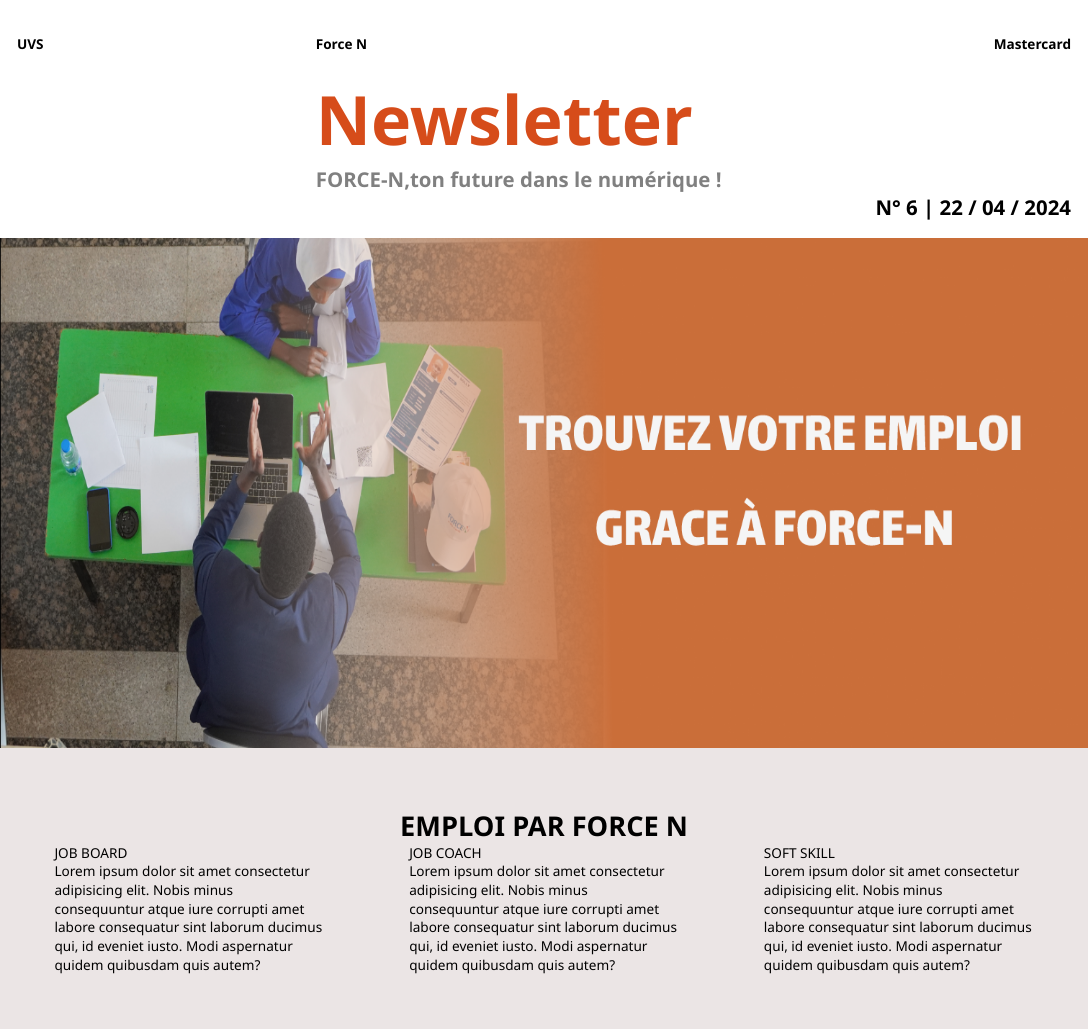
Repository: Ken-dia/newsletters_force_n
Page: index.html
An editor plug-in stored every save of this project. The page is shown before and after the next save, followed by the edit.
The browser window is 1280 px wide. The pictures show the whole page, at 85% of full size.

Above is the page before, as saved 2024-04-18 15:54:08.

### index.html
<!DOCTYPE html>
<html lang="en">
<head>
    <meta charset="UTF-8">
    <meta name="viewport" content="width=device-width, initial-scale=1.0">
    <link rel="stylesheet" href="styles.css">
    <title>FORCEN</title>
</head>
<body>
    <section>
        <div class="entete">
            <div class="logos">
                <div class="logo">
                    <h4>UVS</h4>
                </div>
                <div class="logo">
                    <h4>Force N</h4>
                    <div class="title-newsletters">Newsletter</div>
                    <div class="subtitle-newsletters">FORCE-N,ton future dans le numérique !</div>
                </div>
                <div class="logo">
                    <h4>Mastercard</h4>
                </div>

            </div>
            <div class="day">
                <div>N° 6 | 22 / 04 / 2024</div>
            </div>
        </div>
    </section>
    <section>
        <div class="image1">
            <img src="/images/image1.png" alt="image1" width="100%" height="600px">
        </div>
    </section>
    <section>
        <div class="container">
            <div class="emploies">
                <div class="title-emploie">
                    EMPLOI PAR FORCE N
                </div>
                <div class="emploie">
                    <div class="item">
                        <div class="title">
                            JOB BOARD
                        </div>
                        <div class="text">
                            Lorem ipsum dolor sit amet consectetur adipisicing elit. Nobis minus consequuntur atque iure corrupti amet labore consequatur sint laborum ducimus qui, id eveniet iusto. Modi aspernatur quidem quibusdam quis autem?
                        </div>

                    </div>
                    <div class="item">
                        <div class="title">
                            JOB COACH
                        </div>
                        <div class="text">
                            Lorem ipsum dolor sit amet consectetur adipisicing elit. Nobis minus consequuntur atque iure corrupti amet labore consequatur sint laborum ducimus qui, id eveniet iusto. Modi aspernatur quidem quibusdam quis autem?
                        </div>
                    </div>
                    <div class="item">
                        <div class="title">
                            SOFT SKILL
                        </div>
                        <div class="text">
                            Lorem ipsum dolor sit amet consectetur adipisicing elit. Nobis minus consequuntur atque iure corrupti amet labore consequatur sint laborum ducimus qui, id eveniet iusto. Modi aspernatur quidem quibusdam quis autem?
                        </div>
                    </div>
                </div>
            </div>

        </div>
    </section>




</body>
</html>

### styles.css
body {
    font-family: 'Segoe UI', Tahoma, Geneva, Verdana, sans-serif;
    background-color: rgb(235, 229, 229);
   margin: 0px;
}
.entete {
    background-color: white;
    padding: 20px;
}
.logos {
    display: flex;
    justify-content: space-between;
}
.title-newsletters {
    color: rgb(214, 76, 26);
    font-size: 5rem;
    font-weight: 950;
}
.subtitle-newsletters {
    color: grey;
    font-size: 1.5rem;
    font-weight: 950;
}
.day {
    display: flex;
    justify-content: end;
    font-size: 1.5rem;
    font-weight: 950;
}
.container {
    margin: 5%;
}
.title-emploie {
    display: flex;
    justify-content: center;
    font-size: 2rem;
    font-weight: 950;
}
.emploie {
    display: flex;
    gap: 100px;
}

After the next save:
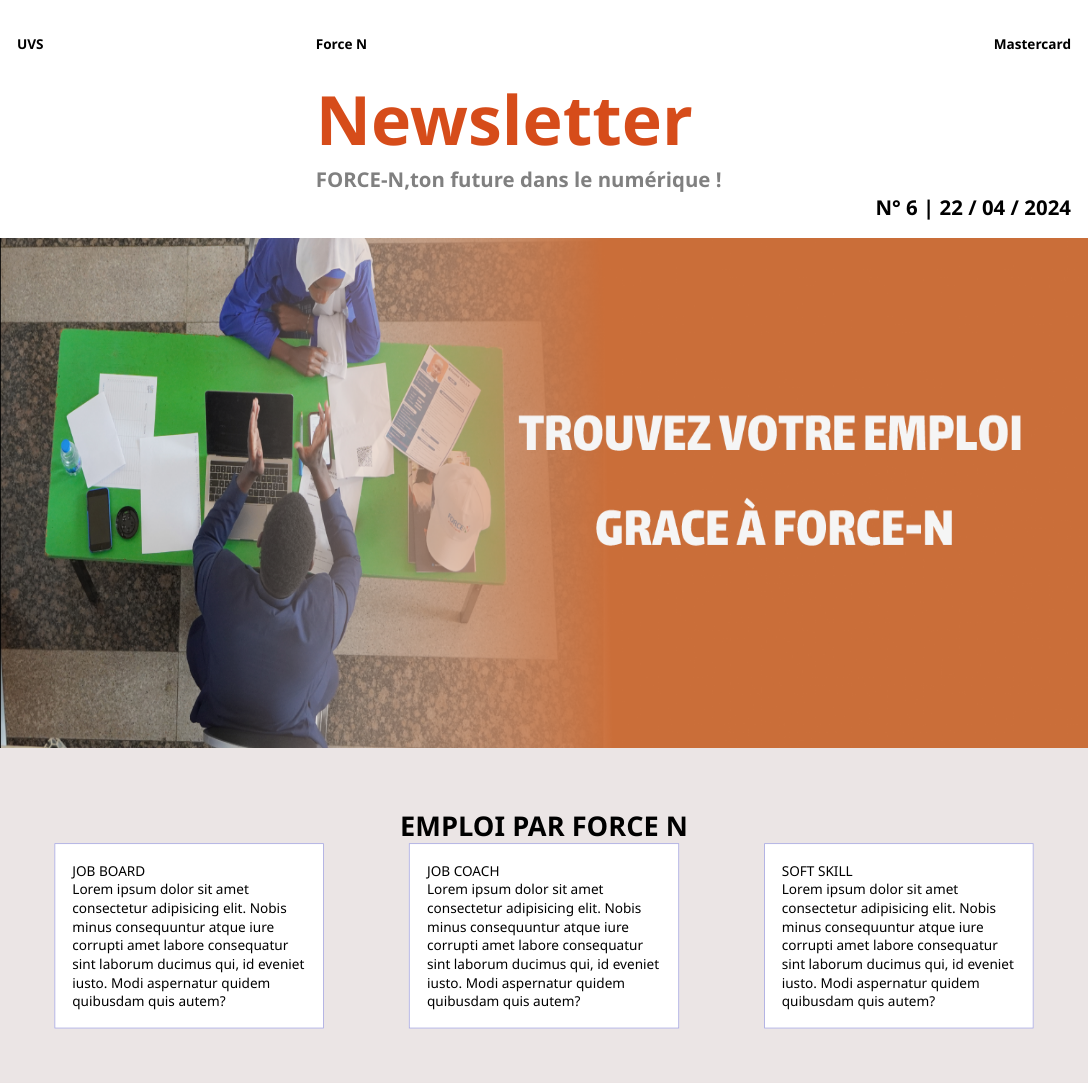
Saved 43 s later.
--- a/styles.css
+++ b/styles.css
@@ -40,3 +40,8 @@
     display: flex;
     gap: 100px;
 }
+.emploie .item {
+    background-color: white;
+    border: 1px solid rgb(168, 168, 224);
+    padding: 20px;
+}
